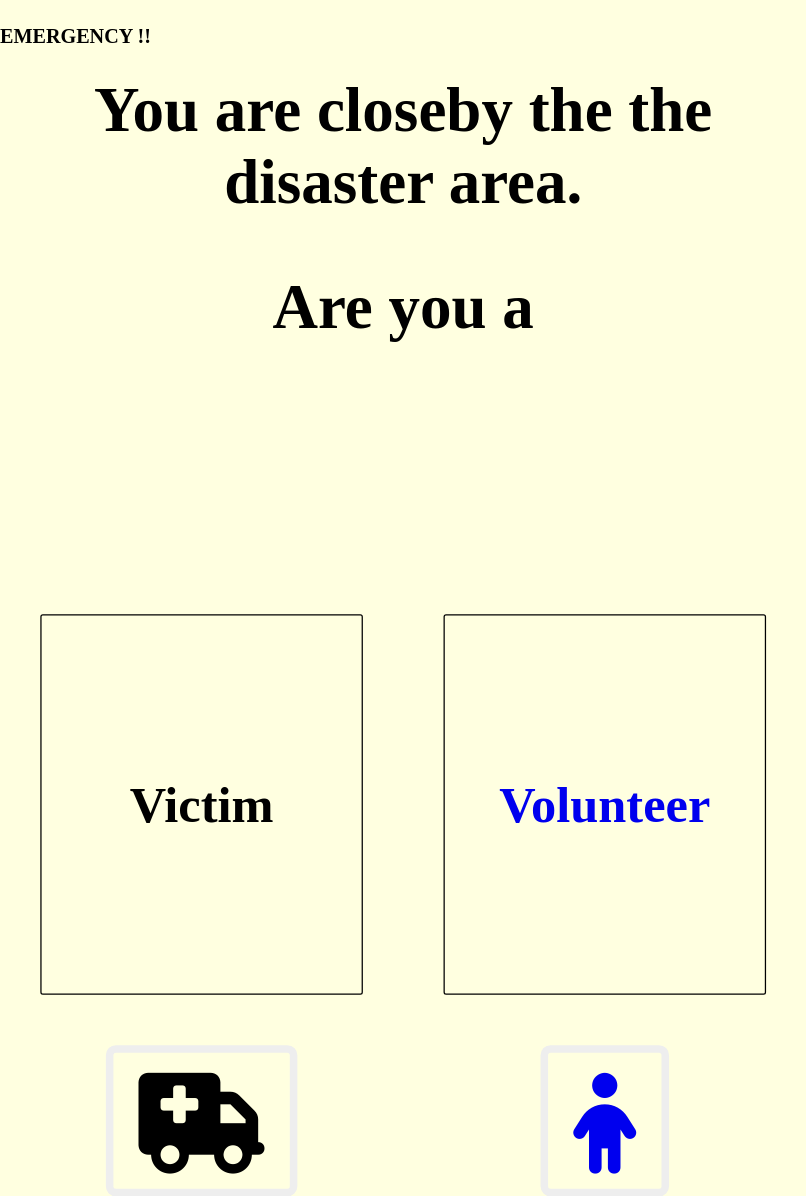
Repository: KittichoteKamalapirat/EMS-management-system
Page: index.html
The author's editor kept a record of every edit. The page is drawn from the files as they stood at one moment, then again after the next edit.
The browser window is 1280 px wide. The pictures show the whole page, at 63% of full size.
Some web libraries are served in a nearby version.

Above is the page before.
Console error: ReferenceError: $ is not defined

After the next edit:
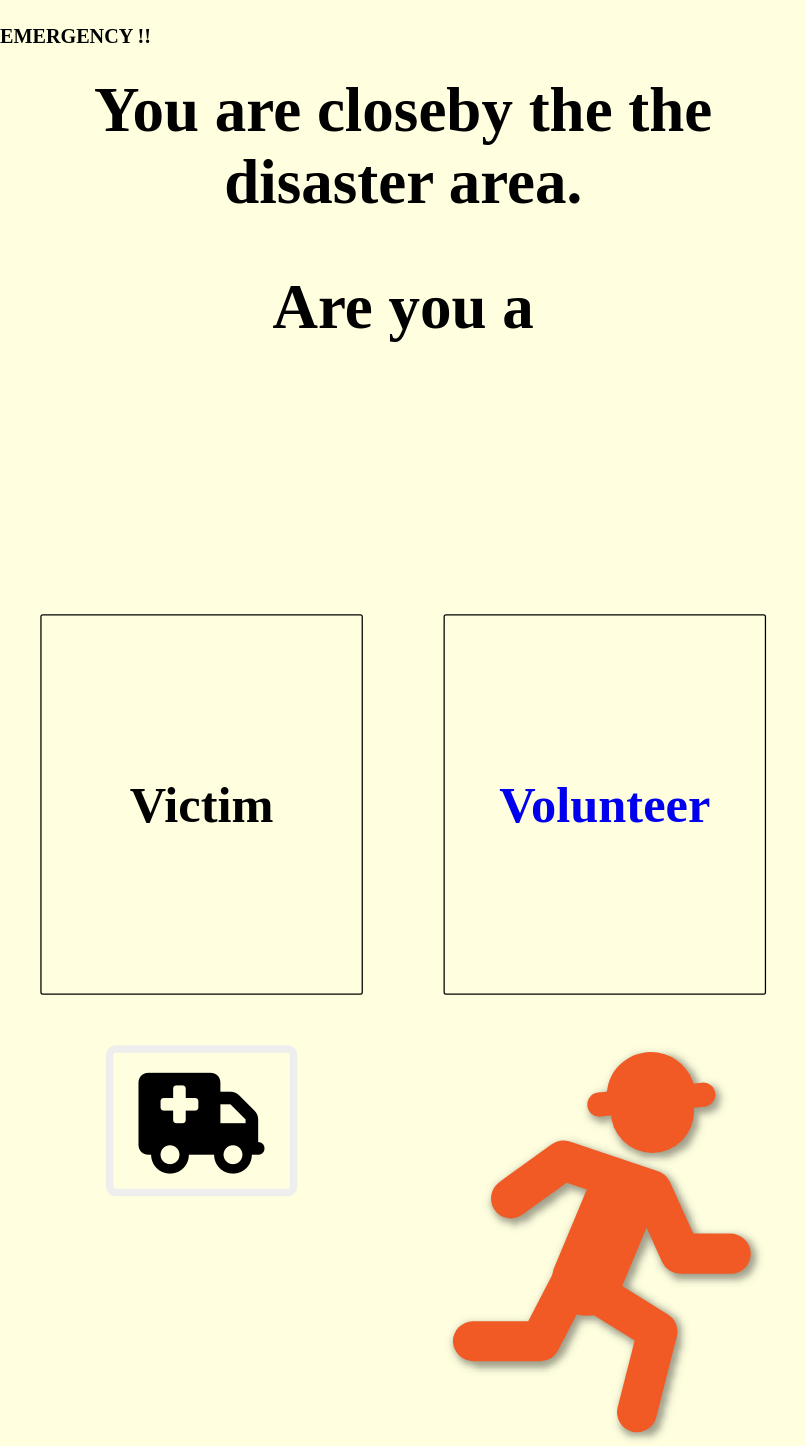
The edit:
--- a/index.html
+++ b/index.html
@@ -30,7 +30,7 @@
     <a href="/skills"><div class="right-box">
 
         <p>Volunteer</p>
-        <i class="fa fa-child fa-2x fa-border"></i>
+        <img src="/images/responder.svg"></img>
     </div>
     </a>
     </div>
